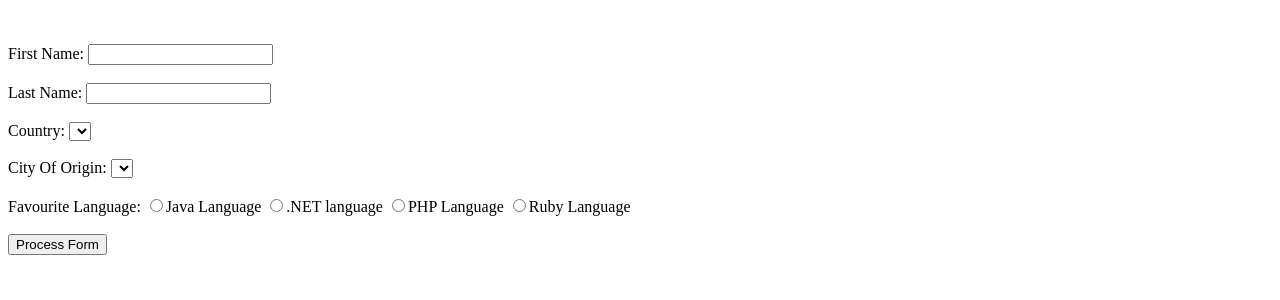
Repository: mandavalliranjit/SpringMVC
Page: http://localhost/spring-formtags-demo/WEB-INF/view/student-form.jsp
The author's editor kept a copy of each file at every save. The page is drawn from the files as they stood at one save, then again after the next save.
The browser window is 1280 px wide. The pictures show the whole page.
The page is served by Tomcat 9. Nobody is signed in. The template is opened directly, without the code that normally fills it, so the values that code supplies are empty.

Above is the page before, as saved 2022-01-23 14:00:56.

After the next save:
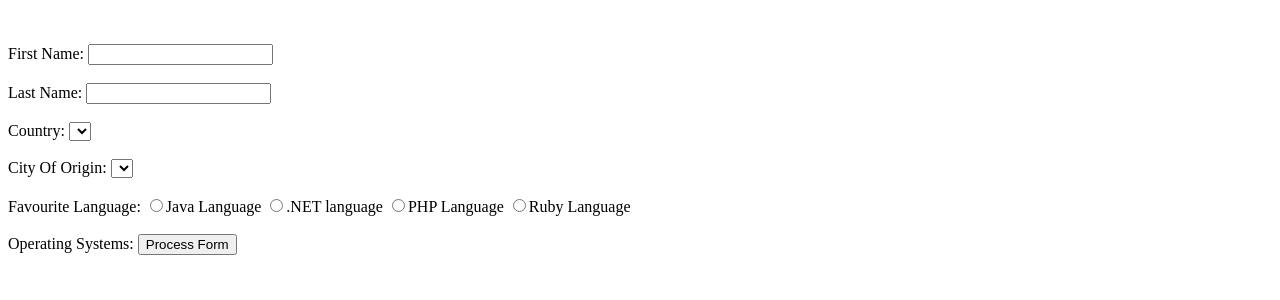
Saved 18 s later.
--- a/spring-formtags-demo/WebContent/WEB-INF/view/student-form.jsp
+++ b/spring-formtags-demo/WebContent/WEB-INF/view/student-form.jsp
@@ -31,6 +31,9 @@ Country:
 
 	<br></br>
 
+	Operating Systems:
+
+
 
 	<input type="submit" value="Process Form" />
 
